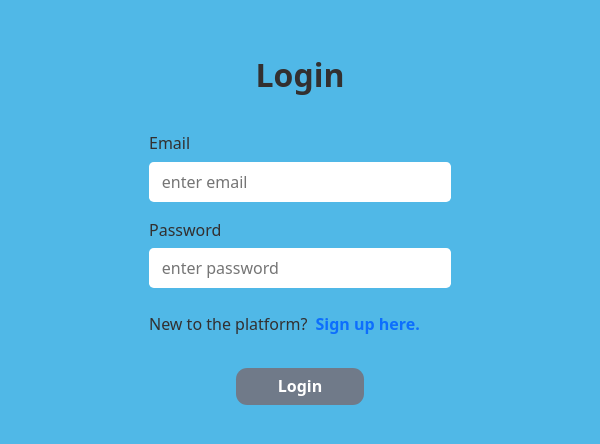
Repository: manish201258/WebChatApplication
Page: / (app in frontend/)
The author's editor kept a copy of each file at every save. The page is drawn from the files as they stood at one save, then again after the next save.
The browser window is 600 px wide. The pictures show the whole page.
Some web libraries are served in a nearby version. The project was rebuilt for these pictures with package versions that can differ from the ones it lists, and the page was loaded fresh each time. Also part of the build but not shown: frontend/vite.config.js, frontend/src/components/miscellaneous/ChatContact.jsx, frontend/src/components/miscellaneous/ChatBox.jsx, frontend/src/components/miscellaneous/ChatWindow.jsx, frontend/src/components/miscellaneous/ChatPage.jsx, frontend/src/components/authencation/UserRegister.jsx.

Above is the page before, as saved 2024-12-13 21:27:03.

### frontend/index.html
<!doctype html>
<html lang="en">
  <head>
    <meta charset="UTF-8" />
    <link rel="icon" type="image/svg+xml" href="/vite.svg" />
    <link rel="stylesheet" href="https://cdnjs.cloudflare.com/ajax/libs/font-awesome/6.6.0/css/all.min.css" integrity="sha512-Kc323vGBEqzTmouAECnVceyQqyqdsSiqLQISBL29aUW4U/M7pSPA/gEUZQqv1cwx4OnYxTxve5UMg5GT6L4JJg==" crossorigin="anonymous" referrerpolicy="no-referrer" />
    <meta name="viewport" content="width=device-width, initial-scale=1.0" />
    <title>Vite + React</title>
  </head>
  <body>
    <div id="root"></div>
    <script src="https://cdn.jsdelivr.net/npm/bootstrap@5.3.0/dist/js/bootstrap.bundle.min.js"></script>
    <script type="module" src="/src/main.jsx"></script>
    <script src="https://cdn.jsdelivr.net/npm/bootstrap@5.3.0/dist/js/bootstrap.bundle.min.js"></script>
  </body>
</html>

### frontend/src/main.jsx
import React from 'react'
import ReactDOM from 'react-dom/client'
import App from './App.jsx'
import './index.css'
import 'bootstrap/dist/css/bootstrap.min.css';
import 'bootstrap/dist/js/bootstrap.bundle.min.js'
import { AuthProvider } from './components/Context/AuthContext.jsx'
import { SocketContextProvider } from './components/Context/SocketContext.jsx';
import { ToastContainer } from 'react-toastify';
import 'react-toastify/dist/ReactToastify.css';

ReactDOM.createRoot(document.getElementById('root')).render(
  <AuthProvider>
    <SocketContextProvider>
    <App />
    <ToastContainer
position="top-right"
autoClose={5000}
hideProgressBar={false}
newestOnTop
closeOnClick
rtl={false}
pauseOnFocusLoss
draggable
pauseOnHover={false}
theme="light"
/>
    </SocketContextProvider>
  </AuthProvider>
)

### frontend/src/App.jsx
import './App.css'
import { BrowserRouter as Router, Routes, Route, Navigate } from 'react-router-dom';
import ChatPage from './components/miscellaneous/ChatPage';
import { UseAuth } from './components/Context/AuthContext';
import UserLogin from './components/authencation/UserLogin';
import UserRegister from './components/authencation/UserRegister';
import ChatWindow from './components/miscellaneous/ChatWindow';
import ChatContact from './components/miscellaneous/ChatContact';
function App() {
  const {isAuthenticated} = UseAuth()
  return (

    <Router>
      <Routes>
      <Route path='/' element={isAuthenticated?<ChatPage/>:<Navigate to='/login'/>}/>
      <Route path='/login' element={isAuthenticated? <Navigate to='/'/>:<UserLogin/>}/>
      <Route path='/register' element={<UserRegister/>}/>
      </Routes>
    </Router>

  )
}

export default App

### frontend/src/index.css
#root{
    /* width: 100%; */
    /* height: 100vh; */
    overflow: hidden;
    /* background-color: rgb(76, 73, 73); */
}

### frontend/src/components/Context/AuthContext.jsx
import { createContext, useContext, useState, useEffect } from "react";
import Cookies from 'js-cookie';
import axios from 'axios';
import BaseUrl from "../BaseUrl";
import { toast } from 'react-toastify';

const AuthContext = createContext();

export const AuthProvider = ({ children }) => {

  const [isAuthenticated, setIsAuthenticated] = useState(false);
  const [currentUser,setCurrentUser] = useState(null)
  const [sideUser,setsideUser] = useState([])
  const [clicked,setClicked] = useState(null)
  const [chatPerson,setChatPerson] = useState([])
  const [blockedUsers,setBlockedUsers] = useState([]);

  const authenticate = (token) => {
    Cookies.set('token', token, { expires: 30 });
    setIsAuthenticated(true);
      userData();
      userSideData();
  };

  // Fetch user data and side user data if token exists
  useEffect(() => {
    const token = Cookies.get('token');
    setIsAuthenticated(!!token);
    if (token) {
      userData();
      userSideData();
    }
  },[]);

  // Logout
  const logout = () => {
    Cookies.remove('token');
    setCurrentUser(null);
    setCurrentUser([])
    setIsAuthenticated(false);
    toast.warn("Logout success")
  };

  // Currrent User Data


    const userData = async()=>{
      const token = Cookies.get('token');
      await axios.get(`${BaseUrl}/data`,{
       headers:{
         Authorization: `Bearer ${token}`
       }
     })
     .then((res)=>{
       setCurrentUser(res.data.data);
     })
     }


  // Side Baruser
    async function userSideData(){
       await axios.get(`${BaseUrl}/sideuser`,{
         headers:{
           Authorization:`Bearer ${Cookies.get('token')}`
         }
       })
       .then((res)=>{
         setsideUser(res.data)
       })
     }

  // Side User Clicked
  const sideClicked = (id) => {
    if (clicked === id) {
      setClicked(null);
      setChatPerson([]);
    } else {
      setClicked(id);
      const selectedChatPerson = sideUser.find((e) => e._id === id);
      setChatPerson(selectedChatPerson ? [selectedChatPerson] : []);
    }
  };

  useEffect(()=>{
    sideClicked(null)
  },[])


// User Manage
const deleteConversation = async(id) => {
  await axios.post(`${BaseUrl}/deleteconversation/${id}`,{},{
    headers:{
      Authorization:`Bearer ${Cookies.get('token')}`
    }
  })
  .then(()=>{
    setClicked(null)
  })
}
const blockConversation = async (id) => {
  try {
    await axios.post(`${BaseUrl}/blockuser/${id}`, {}, {
      headers: {
        Authorization: `Bearer ${Cookies.get('token')}`
      }
    });
    // Update the blocked users state
    setBlockedUsers((prevBlocked) => [...prevBlocked, id]);
  } catch (error) {
    console.error("Error blocking user", error);
  }
};

const unblockConversation = async (id) => {
  try {
    await axios.post(`${BaseUrl}/unblockuser/${id}`, {}, {
      headers: {
        Authorization: `Bearer ${Cookies.get('token')}`
      }
    });
    // Update the blocked users state
    setBlockedUsers((prevBlocked) => prevBlocked.filter(userId => userId !== id));
  } catch (error) {
    console.error("Error unblocking user", error);
  }
};


const allBlockedData = async() => {
  await axios.get(`${BaseUrl}/blockeddata`,{
    headers:{
      Authorization:`Bearer ${Cookies.get('token')}`
    }
  })
  .then((res)=>{
    setBlockedUsers(res.data.blockedUsers)
  })
}

  return (
    <AuthContext.Provider value={{ authenticate , isAuthenticated, currentUser,logout,sideUser,sideClicked,userSideData,clicked,chatPerson,deleteConversation,blockConversation,unblockConversation,allBlockedData,blockedUsers,setClicked}}>
      {children}
    </AuthContext.Provider>
  );
};

export const UseAuth = () => useContext(AuthContext);

### frontend/src/components/Context/SocketContext.jsx
import { createContext, useContext, useEffect, useState } from "react";
import { UseAuth } from "./AuthContext";
import { io } from "socket.io-client";

export const SocketContext = createContext();

export const SocketContextProvider = ({ children }) => {
  const { isAuthenticated, currentUser } = UseAuth();
  const [socket, setSocket] = useState(null);
  const [onlineUsers, setOnlineUsers] = useState([]);
  const [currentUserId, setCurrentUserId] = useState("");

  useEffect(() => {
    if (currentUser) setCurrentUserId(currentUser._id);
  }, [currentUser]);

  useEffect(() => {
    if (isAuthenticated && currentUserId) {
      const newSocket = io("http://localhost:3000/", {
        query: {
          userId: currentUserId,
        },
      });

      setSocket(newSocket);

      newSocket.on("getOnlineUsers", (users) => {
        setOnlineUsers(users);
      });

      return () => {
        newSocket.close();
      };
    } else {
      if (socket) {
        socket.close();
        setSocket(null);
      }
    }
  }, [isAuthenticated, currentUserId]);

  return (
    <SocketContext.Provider value={{ onlineUsers,socket }}>
      {children}
    </SocketContext.Provider>
  );
};

export const UseSocketContext = () => useContext(SocketContext);

### frontend/src/App.css
.mainLogo{
  width: 3rem;
  border-radius: 50%;
}
.navbar{
  background-color: #ddd;
  width: 100%;
}
.profile-btn{
  border-radius: 50% !important;
  display: flex;
  align-items: center;
  justify-content: center;
}

/* Login Form Style */

.login-container, .register-container {
  height: 100vh;
  width: 100vw;
  background-color: #50B8E7;
  color: rgb(51, 48, 48);
  display: flex;
  justify-content: center;
  align-items: center;
}

.formstart {
  width: 100%;
  max-width: 350px;
  min-width: 200px;
  display: flex;
  flex-direction: column;
  align-items: center;
  padding: 1.5rem;
  justify-content: space-around;
  background: rgba(255, 255, 255, 0.2);
  border-radius: 16px;
  box-shadow: 0 4px 30px rgba(0, 0, 0, 0.1);
  backdrop-filter: blur(5px);
  border: 1px solid rgba(255, 255, 255, 0.3);
}

.formstart form{
  display: flex;
  flex-direction: column;
  gap: 0.5rem;
  width: 100%;
  margin-top:1.3rem;
}
.form-group{
  display: flex;
  flex-direction: column;
  gap: 0.4rem;
}
.form-group input {
  outline: none;
  padding: 0.5rem;
  padding-left: 0.8rem;
  border: none;
  border-radius: 0.3rem;
  width: 100%;
}

.form-group input:focus {
  outline: 2px solid #8d8484;
}


.formstart button{
  border: none;
  align-self: center;
  margin-top: 1rem;
  width: 8rem;
  padding: 0.4rem;
  border-radius: 0.7rem;
  background-color: #3a7c35;
  color: white;
  font-weight: 600;
  transition: 0.2s ease-in-out;
}
.formstart button:hover{
  transform: scale(1.03);
  width: 9rem;
}


/* Chat Page */

.menuDiv{
  background: #84cdee;
  border-radius: 0.5rem;
  min-width: 3rem;
  max-width: 4rem;
  flex-grow: 1;
  display: flex;
  flex-direction: column;
  align-items: center;
  justify-content: center;
  gap: 4rem;
  .menuBtn{
    display: none;
  }
  .menuDivContent{
    display: flex;
    flex-direction: column;
    align-items: center;
    gap: 4rem;
  }
}
.sideUser{
  border-radius: 0.3rem;
  padding: 0.2rem;
  transition: 0.2s ease-in-out;
}
.sideUser-details-arrow {
  transition: transform 0.3s ease-in-out;
}

.chatpage{
  background-color: #50B8E7;
  height: 100vh;
  width: 100%;
  overflow: hidden;
  display: flex;
  flex-direction: column;
  align-items: center;
  padding: 1rem;
}
.chats-field{
  width: 100%;
}

.main-window{
  width: 100%;
  height: 100%;
  display: flex;
  flex-direction: row;
  justify-content: center;
  gap: 4px;
}
.chatcontact {
  max-width: 20rem;
  min-width: 18rem;
  flex-grow: 1;
  border-radius: 0.5rem;
  background: #84cdee;
}


.profile{
  width: 2.4rem;
  height: 2.4rem;
  border: .1rem solid rgb(255, 255, 255);
  border-radius: 50%;
  cursor: pointer;
}
.chatcontactnav{
  border: 1px solid rgb(69, 60, 60);
  border-left: none;
  border-right: none;
  padding: 0.2rem;
  width: 100%;
}
.chatcontact .dropdown-menu{
  box-shadow: 0px 0px 10px black;
}
.chatcontactnav input{
  max-width: 13rem;
  flex-grow: 1;
  border: none;
  padding:0.5rem !important;
  padding-left: 0.8rem !important;
  border-radius: 0.7rem;
  outline-color: #3a7c35;
  background-color: #edf7fc;
  outline-width: 10px;
}
.chatcontactnav input:focus {
  outline: 2px solid green;
}

.userconatct{
  width: 90%;
  min-height: 3rem;
  border-radius: 0.4rem;
}
.usercontactbox{
  height: 90%;
  overflow-y:scroll;

}
::-webkit-scrollbar{
  visibility: hidden;
}

.AddUserModel .modal-content{
background-color: rgb(255, 255, 255);
}

.AddUserModel-body{
  display: flex;
  justify-content: space-around;
}
.AddUserModel-body input{
border: none;
background-color: #c68e8e;
padding: 0.5rem;
border-radius: 0.3em;
outline: none;
}
.AddUserModel-body input::placeholder{
  color: white;
}

/* profile Model */
.chatpagenav .modal{
  background-color: none;
}
.profile-model-content{
  border-radius: 1rem !important;
  background: rgba(190, 185, 185, 0.318) !important;
  border-radius: 16px !important;
  box-shadow: 0 4px 30px rgba(0, 0, 0, 0.1) !important;
  color: white !important;
}
.profile-photo{
  width: 8rem;
  height: 8rem;
  background-color: #a6afb2;
  border-radius: 50%;
  margin: auto;
}
/* Chat window */
.chatwindow {
  flex-grow: 1;
  min-width: 20rem;
  border-radius: 0.5rem;
  overflow: hidden;
  background-color: #84cdee;
}

.chatwindow .dropdown-menu{
right: -24px !important;
}
.dropdown-menu li{
  cursor: pointer;
}
.nav-chat{
  height: 100%;
  display: flex;
  flex-direction: column;
  background-color: #84cdee;
}
.chatWindowNav {
  background-color: #b9e2f5;
  width: 100%;
  height: 12%;
}

.chat-box {
  display: flex;
  flex-direction: column;
  height: 88%;
}
.mainChats{
  background: #84cdee;
  color: white;
  width: 100%;
display: flex;
flex-direction: column;
flex-grow: 1;
  overflow-y: scroll;
scroll-behavior: smooth;
  padding: 1rem;
}
.mainChats::-webkit-scrollbar{
  display: none;
}

.mainChats .messageText{
  height: fit-content;
  width: 100%;
  padding: 0.8rem;
  position: relative;
}
.messageText p{
  overflow-wrap: break-word;
  max-width: 55%;
  height: fit-content;
  padding: 0.4em;
  border-radius: 0.4rem;
  margin: 0;
  color: black;
}
.messageText span{
  font-size: 0.8rem;
  color: #514f4f;
}
.mainChats .sendMessageStyle{
  display: flex;
  flex-direction: column;
  align-items: end;
}
.mainChats .receivedMessageStyle{
  display: flex;
  flex-direction: column;
  align-items: start;
}
.sendMessageStyle p{
  background-color: #ce5c5c;
}
.receivedMessageStyle p{
background-color: #4fa4a9;
}

/* new Message Animation */

.sendMessage{
  height: fit-content;
  min-width: 40%;
  max-width: 100%;
  padding: 0.5rem;
  background-color: #b9e2f5;

  input{
    outline: none;
    color: black;
    width: 85%;
    border: none;
    border-radius: 0.2rem;
    background-color: #edf7fc;
    padding: 0.3rem;
    margin-left: 0.6rem;

  }
  i{
    cursor: pointer;
    margin-right: 1rem;
  }
}
.nullChatMessage{
 width: fit-content;
 width: 100%;
 height: 100%;
 display: flex;
 flex-direction: column;
 align-items: center;
}
.nullChatMessage p{
  background-color: rgb(70, 68, 68);
  padding: 0.1rem;
  border-radius: 0.3rem;
}

.chatwindowtoggle{
  transition: 3s ease-in-out;
}
.isOnlineTag{
  position: absolute;
  width: 0.8rem;
  height: 0.8rem;
   background-color: #3a7c35;
   border-radius: 50%;
   top: -0.2rem;
   right: -0.2rem;
}
.isOfflineTag{
  position: absolute;
  width: 0.8rem;
  height: 0.8rem;
   background-color: #702f2f;
   border: 1px solid rgb(207, 128, 128);
   border-radius: 50%;
   top: -0.2rem;
   right: -0.2rem;
}

/* Chat Toogle In Mobile */
.toogleChats {
  position: absolute;
  left: -5.7rem;
  top: 45%;
  transform: translateY(-45%);
  background-color: #5a8aa0;
  width: 7rem;
  height: 7rem;
  justify-content: end;
  align-items: center;
  border-radius: 50%;
  i{
    margin-right: 5px;
  }
  cursor: pointer;
  display: none;
}




@media (max-width: 750px) {
  .main-window{
    flex-direction: column;
  }
  .menuDiv{
    padding: 2rem;
    max-width: 100%;
    flex-grow: 0 !important;
    flex-direction: row;
    justify-content: space-between;
    .menuDivContent{
      flex-direction: row;
      justify-content: space-between;
    }
    .menuBtn{
      display: block;
    }
  }
  .hr2,.hr1{
    transform: rotate(0deg) !important;
    width: 100% !important;
    height: 2px;
    margin-top: 0;
    margin-bottom: 0;
  }
  .toogleChats{
    display: flex;
  }
  /* chatcontact Customize */
  .chatcontact{
    max-width: 100%;
  }
  .formstart{
    box-shadow: none;
  backdrop-filter: none;
  border: none;
  background-color: transparent;
  gap: 1rem;
  margin-top: 2rem;
  }
  .login-container, .register-container h2{
    align-items: start;

  }
  .login-container h3{
    font-size: 2rem;
  }
  .formstart form{
    gap: 1rem;
  }

  }

### frontend/src/components/authencation/UserLogin.jsx
import axios from 'axios';
import React from 'react'
import { useState } from 'react';
import { UseAuth } from '../Context/AuthContext';
import { NavLink } from 'react-router-dom';
import { toast } from 'react-toastify';
import BaseUrl from '../BaseUrl';

const UserLogin = () => {
  const {authenticate} = UseAuth()
  const [formData, setFormData] = useState({
    username: '',
    email: '',
    password: '',
  });

  const handleChange = (e) => {
    setFormData({
      ...formData,
      [e.target.name]: e.target.value,
    });
  };

  const handleSubmit = async(e) => {
    e.preventDefault();
    await axios.post(`${BaseUrl}/login`,formData)
    .then((res)=>{
      authenticate(res.data.token);
      if(res.status===201)
        toast("Login Success")
    })
  };

  return (
    <div className="login-container">
      <div className='formstart'>
      <h3 className='fw-bold  m-0'>Login</h3>
      <form onSubmit={handleSubmit}>
        <div className="form-group">
          <label htmlFor="email">Email</label>
          <input
            type="email"
            name="email"
            id="email"
            value={formData.email}
            onChange={handleChange}
            placeholder="enter email"
            required
          />
        </div>
        <div className="form-group">
          <label htmlFor="password">Password</label>
          <input
            type="password"
            name="password"
            id="password"
            value={formData.password}
            onChange={handleChange}
            placeholder="enter password"
            required
          />
        </div>
        <p className='m-0 mt-2'>New to the platform?
  <NavLink to="/register" className="text-decoration-none ms-2 fw-semibold">
    Sign up here.
  </NavLink>
</p>
        <button type="submit" style={{backgroundColor:"rgb(112 122 137)"}}>Login</button>
      </form>
      </div>

    </div>
  )
}

export default UserLogin

### frontend/src/components/BaseUrl.jsx
const BaseUrl = "http://localhost:3000/auth/api"

export default BaseUrl;

After the next save:
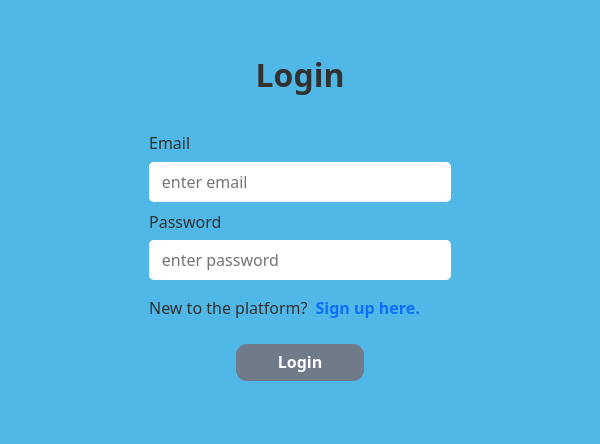
Saved 24 s later.
--- a/frontend/src/App.css
+++ b/frontend/src/App.css
@@ -446,7 +446,7 @@ background-color: #4fa4a9;
     font-size: 2rem;
   }
   .formstart form{
-    gap: 1rem;
-  }
-
-  }
+    /* gap: 1rem; */
+  }
+
+  }
